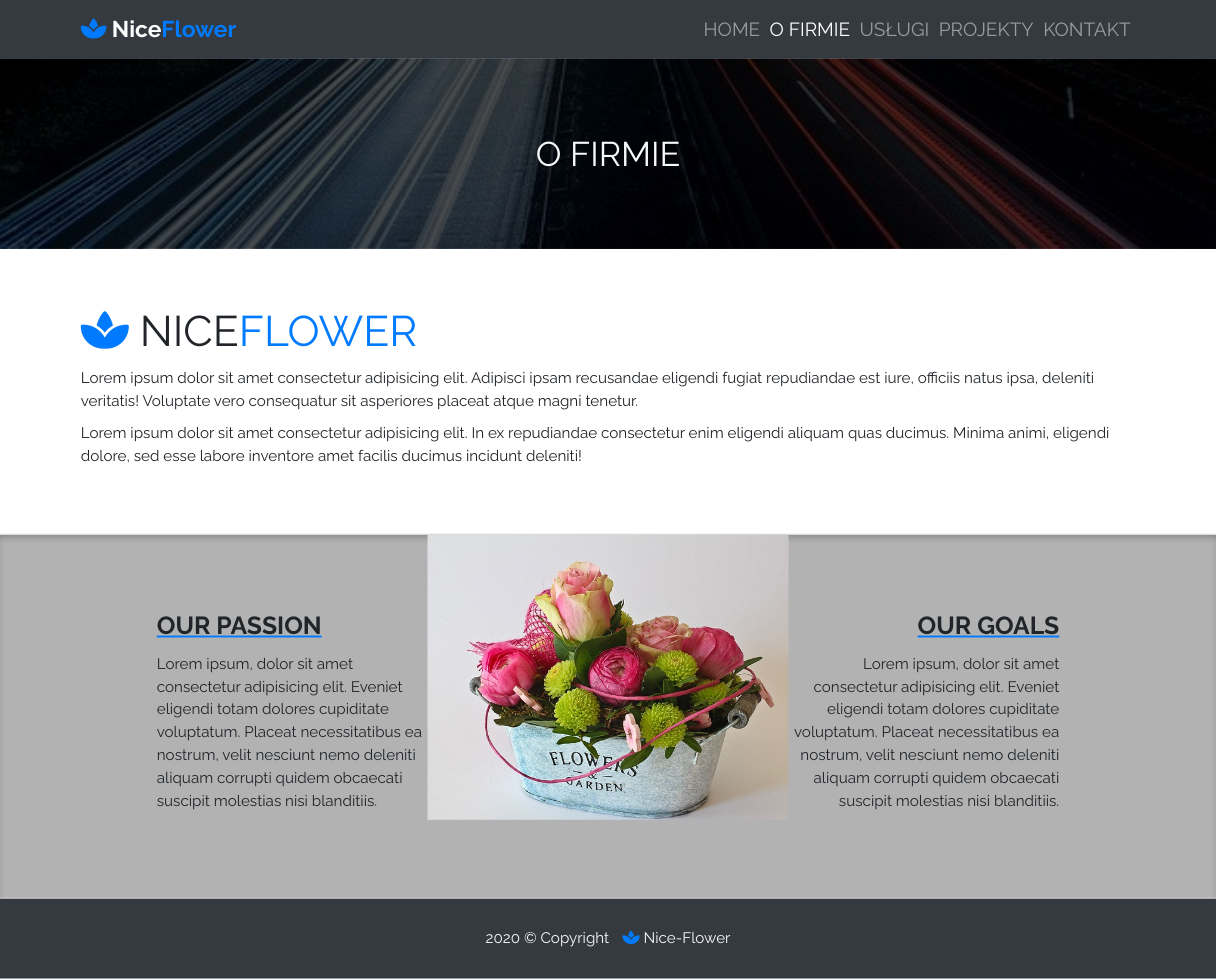
Repository: KrzysKolo/Projekt-13_Kwiaciarnia
Page: abouteus.html
These files come from the project's save history. The page is drawn as it stood at one moment and after the next save; the edit follows.
The browser window is 1280 px wide. The pictures show the whole page, at 95% of full size.
Some web libraries are served in a nearby version.

Above is the page before, as saved 2020-08-10 10:06:22.

After the next save:
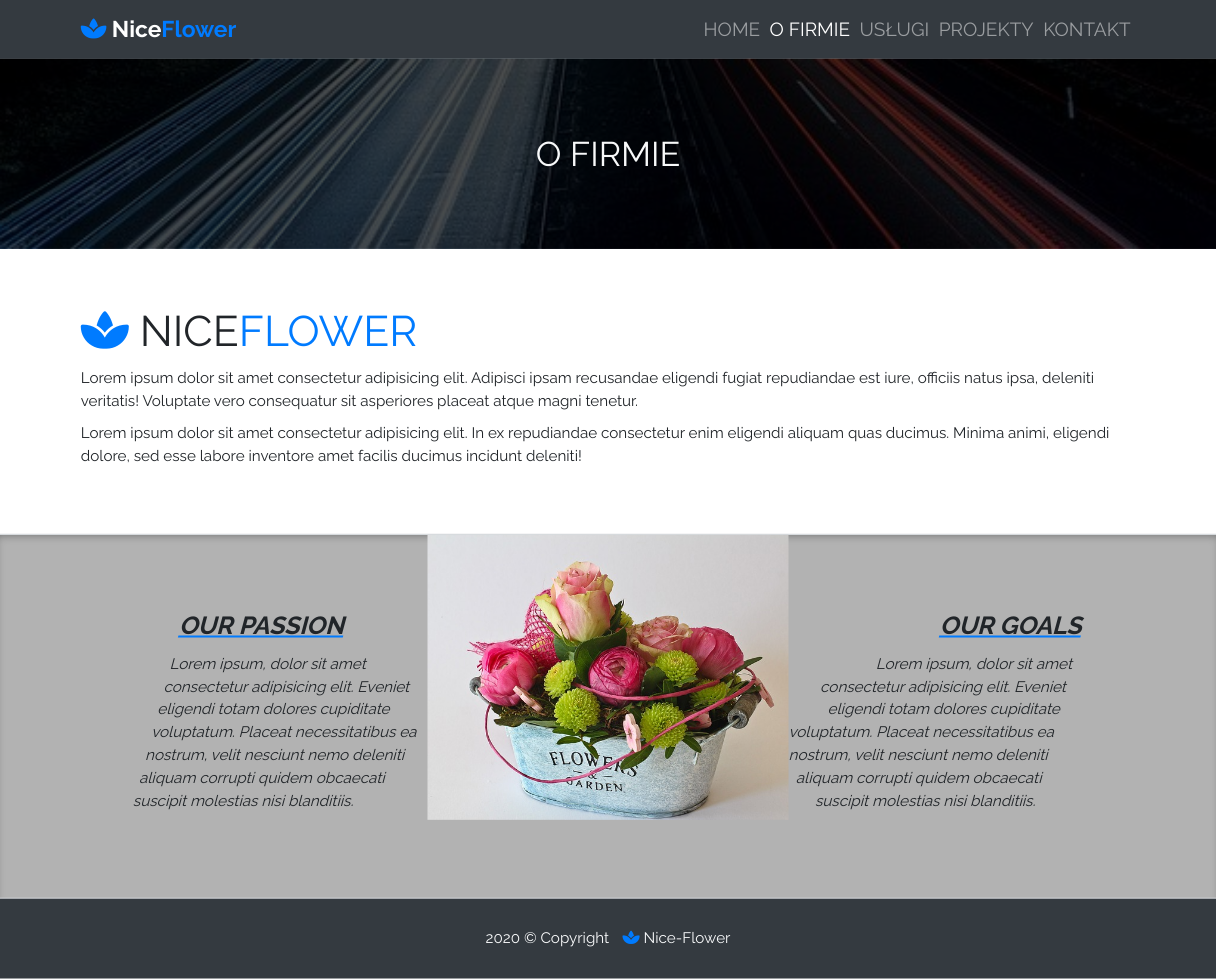
Saved 61 s later.
--- a/style.css
+++ b/style.css
@@ -150,6 +150,7 @@ footer {
   }
   .aboutus-text {
     padding: 5em 0;
+    transform: skew(-15deg);
   }
 }
 @media (min-width: 1400px) {
